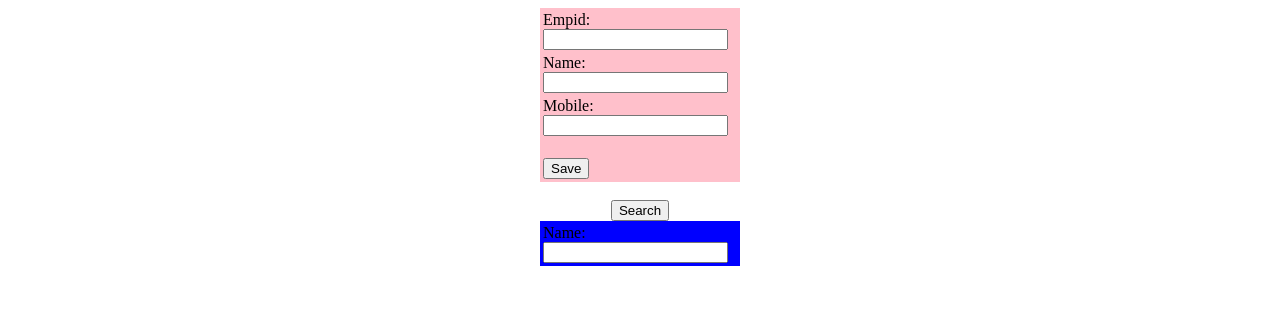
Repository: Suknaina/Repo
Page: MockServlet/src/main/webapp/Home.html
The author's editor kept a copy of each file at every save. The page is drawn from the files as they stood at one save, then again after the next save.
The browser window is 1280 px wide. The pictures show the whole page.

Above is the page before, as saved 2023-05-23 17:17:58.

### MockServlet/src/main/webapp/Home.html
<!DOCTYPE html>
<html>
<head>
<meta charset="ISO-8859-1">
<title>Insert title here</title>
</head>
<body>
	<center>
		<form action="signup" method="post">
			<table bgcolor="pink" width="200px">
				<tr>
					<td>Empid: <input type="number" name="empid"><br>
					</td>
				</tr>
				<tr>
					<td>Name: <input type="text" name="name"><br>
					</td>
				</tr>
				<tr>
					<td>Mobile: <input type="number" name="mobile"><br>
						<br>
					</td>
				</tr>
				<tr>
					<td>
						<button>Save</button>
					</td>
				</tr>
			</table>
		</form>
		<br>
		<form action="">
			<table bgcolor="blue" width="200px">
			<tr>
					<td>Name: <input type="text" name="name"><br>
					</td>
				</tr>
				<button>Search</button>
			</table>
		</form>
	</center>
</body>
</html>

After the next save:
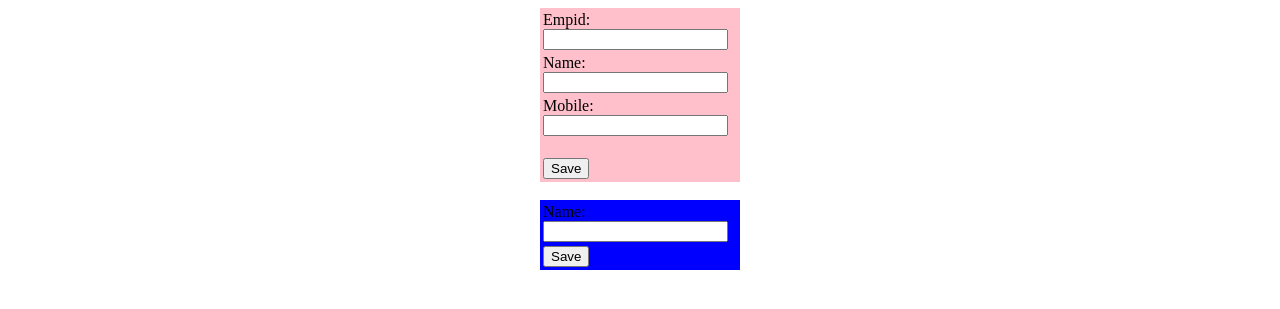
Saved 16 s later.
--- a/MockServlet/src/main/webapp/Home.html
+++ b/MockServlet/src/main/webapp/Home.html
@@ -35,7 +35,11 @@
 					<td>Name: <input type="text" name="name"><br>
 					</td>
 				</tr>
-				<button>Search</button>
+				<tr>
+					<td>
+						<button>Save</button>
+					</td>
+				</tr>
 			</table>
 		</form>
 	</center>
